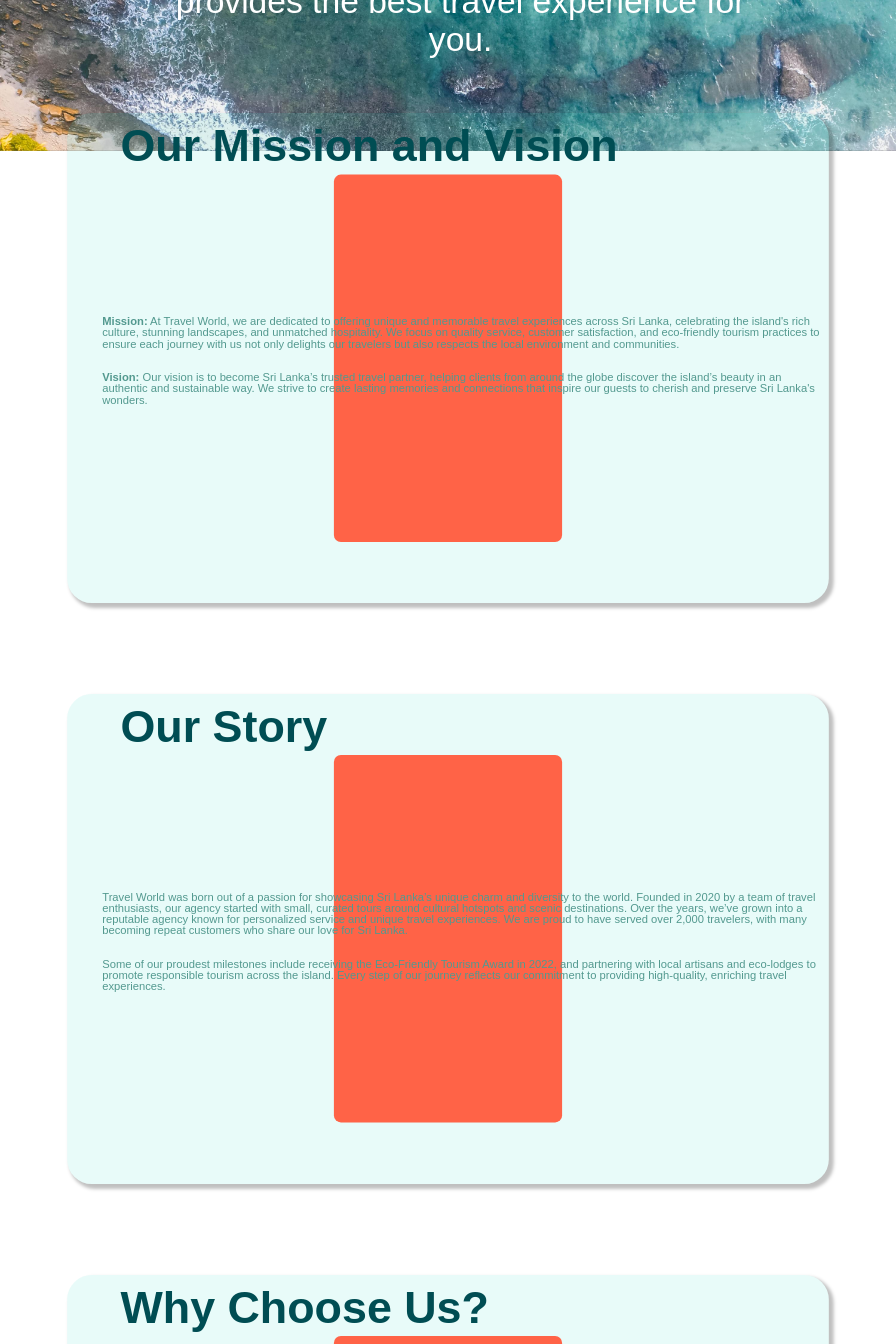
Repository: Haakim19/TavelWorld
Page: HTML/Aboutus.html
The author's editor kept a copy of each file at every save. The page is drawn from the files as they stood at one save, then again after the next save.
The browser window is 1280 px wide. The pictures show the part of the page from y = 468 to 2388 px (the page is 5265 px tall), at 70% of full size.
Some web fonts or font styles are not loaded; a fallback is used.

Above is the page before, as saved 2024-11-03 15:53:21.

After the next save:
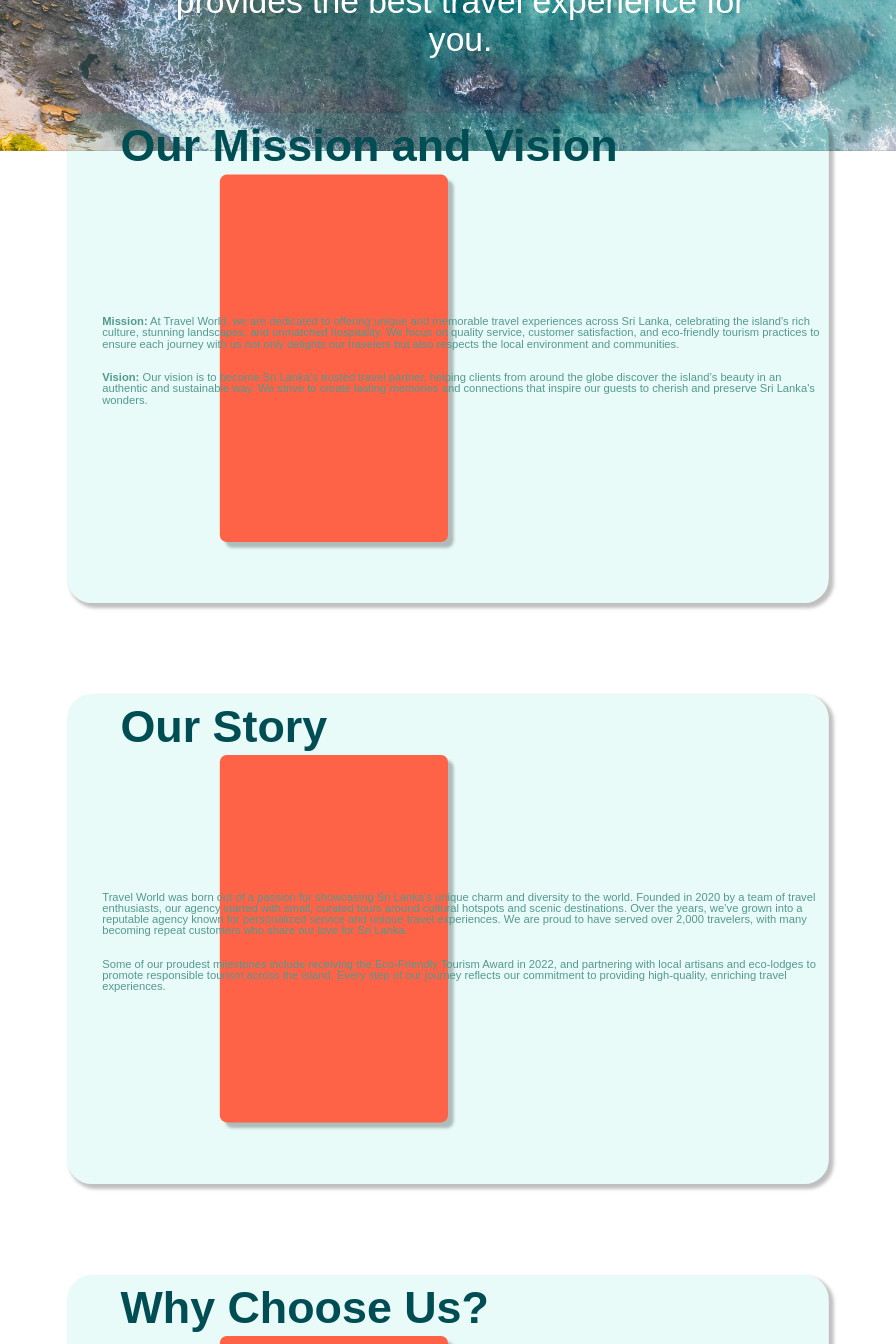
Saved 33 s later.
--- a/CSS/Aboutus.css
+++ b/CSS/Aboutus.css
@@ -101,7 +101,7 @@
     width: 30%;
     height: 75%;
     /* margin-left: 10%; */
-    right:50%
+    right:50%;
     box-shadow: 8px 8px 4px rgba(0, 0, 0, 0.25);
     border-radius: 10px;
 }
